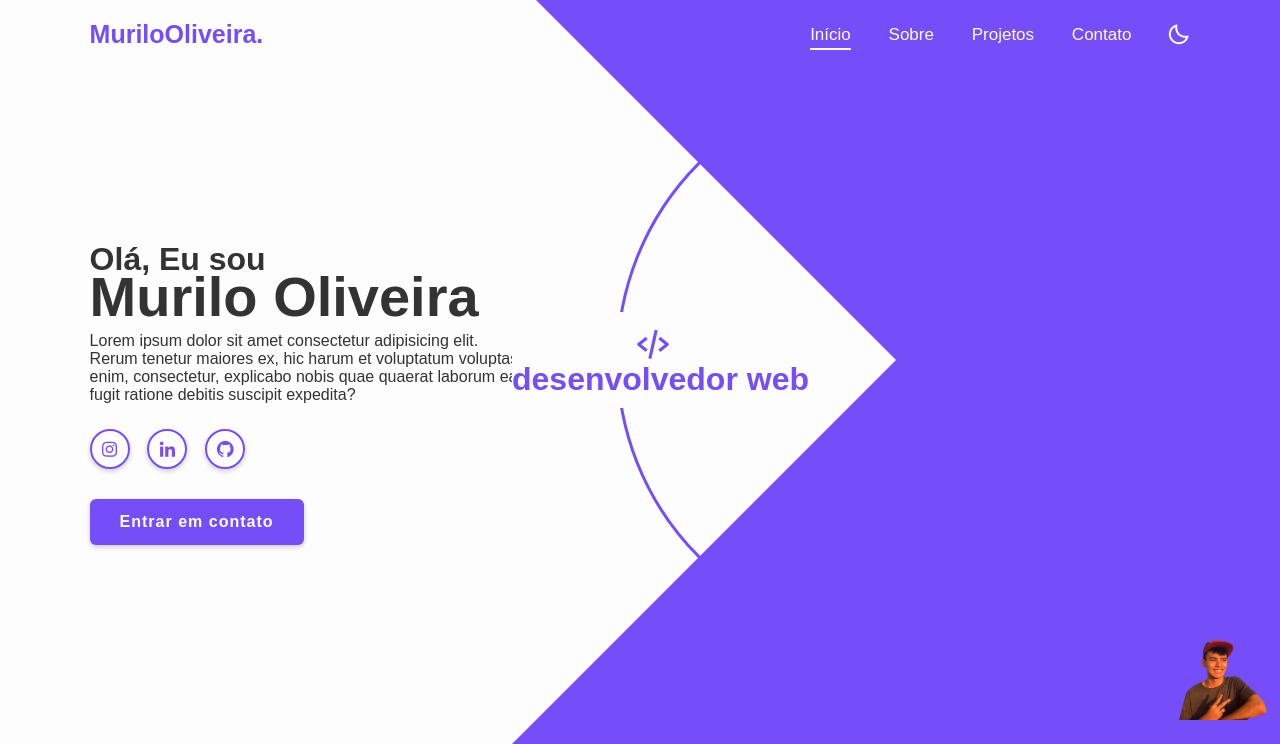
Repository: devMuriloOliveira/Portfolio-
Page: index.html
The author's editor kept a copy of each file at every save. The page is drawn from the files as they stood at one save, then again after the next save.
The browser window is 1280 px wide. The pictures show the whole page.
Some web fonts or font styles are not loaded; a fallback is used.

Above is the page before, as saved 2023-03-11 15:30:20.

### index.html
<!DOCTYPE html>
<html lang="en">
  <head>
    <meta charset="UTF-8" />
    <meta http-equiv="X-UA-Compatible" content="IE=edge" />
    <meta name="viewport" content="width=device-width, initial-scale=1.0" />
    <title>Murilo Oliveira</title>

    <!--box icons-->
    <link
      href="https://unpkg.com/boxicons@2.1.4/css/boxicons.min.css"
      rel="stylesheet"
    />

    <!--font-->
    <link
      rel="stylesheet"
      href="https://fonts.googleapis.com/css2?family=Material+Symbols+Outlined:opsz,wght,FILL,GRAD@20..48,100..700,0..1,-50..200"
    />

    <!--css-->
    <link rel="stylesheet" href="style.css" />
  </head>
  <body>
    <header class="header">
      <a class="logo" href="#">Murilo<span>Oliveira</span>.</a>

      <nav class="navbar">
        <a href="#inicio" class="active">Início</a>
        <a href="#sobre">Sobre</a>
        <a href="#projetos">Projetos</a>
        <a href="#contato">Contato</a>
      </nav>

      <div class="bx bx bx-moon" id="darkMode-icon"></div>
    </header>

    <section class="inicio" id="inicio">
      <div class="inicio-content">
        <h3>Olá, Eu sou</h3>
        <h1>Murilo Oliveira</h1>
        <p>
          Lorem ipsum dolor sit amet consectetur adipisicing elit. Rerum tenetur
          maiores ex, hic harum et voluptatum voluptas enim, consectetur,
          explicabo nobis quae quaerat laborum ea fugit ratione debitis suscipit
          expedita?
        </p>

        <div class="social-media">
          <a href="#"><i class="bx bxl-instagram"></i></a>
          <a href="#"><i class="bx bxl-linkedin"></i></a>
          <a href="#"><i class="bx bxl-github"></i></a>
        </div>

        <a href="#" class="btn">Entrar em contato</a>
      </div>

      <div class="profession-container">
        <div class="profession-box">
          <div class="profession" style="--i: 0">
            <i class="bx bx-code-alt"></i>
            <h3>desenvolvedor web</h3>
          </div>
          <div class="profession" style="--i: 1">
            <i class="bx bx-code-alt"></i>
            <h3>desenvolvedor web</h3>
          </div>
          <div class="profession" style="--i: 2">
            <i class="bx bx-code-alt"></i>
            <h3>desenvolvedor web</h3>
          </div>
          <div class="profession" style="--i: 3">
            <i class="bx bx-code-alt"></i>
            <h3>desenvolvedor web</h3>
          </div>
          <div class="circle"></div>
        </div>

        <div class="overlay"></div>
      </div>

      <div class="inicio-img">
        <img src="assets/homem_sorrindo-removebg-preview.png" alt="" />
      </div>
    </section>
    <script src="js/script.js"></script>
  </body>
</html>

### style.css
*{
  margin: 0;
  padding: 0;
  box-sizing: border-box;
  text-decoration: none;
  border: none;
  outline: none;
  scroll-behavior: smooth;
  font-family: 'Poppins', sans-serif;
}

:root{
  --bg-color: #fdfdfd;
  --text-color: #333;
  --main-color: #754ef9;
  --white-color: #fdfdfd;
  --shadow-color: rgba(0, 0, 0, .2);
}

html{
  font-size: 62.5%;
  overflow-x: hidden;
}

body{
  background: var(--bg-color);
  color: var(--text-color);
}

.header{
  position: fixed;
  top: 0;
  left: 0;
  width: 100%;
  padding: 2rem 7%;
  background: transparent;
  display: flex;
  align-items: center;
  z-index: 100;
}

.logo{
  font-size: 2.5rem;
  color: var(--main-color);
  font-weight: 600;
  cursor: default;
  margin-right: auto;
}

.navbar a{
  position: relative;
  font-size: 1.7rem;
  color: var(--white-color);
  font-weight: 500;
  margin-right: 3.5rem;
}

.navbar a.active::before{
  content: '';
  position: absolute;
  left: 0;
  bottom: -6px;
  width: 100%;
  height: .2rem;
  background: var(--white-color);
}

#darkMode-icon{
  font-size: 2.4rem;
  color: var(--white-color);
  cursor: pointer;
}

section{
  min-height: 100vh;
  padding: 10rem 7% 2rem;
}

.inicio{
  display: flex;
  align-items: center;
}

.inicio .inicio-content{
  max-width: 44rem;
}

.inicio-content h3{
  font-size: 3.2rem;
  font-weight: 700;
  line-height: .3;
}

.inicio-content h1{
  font-size: 5.6rem;
  font-weight: 700;
  margin-bottom: .3rem;
}

.inicio-content p{
  font-size: 1.6rem;
}

.inicio-content .social-media a{
  display: inline-flex;
  justify-content: center;
  align-items: center;
  width: 4rem;
  height: 4rem;
  background: transparent;
  border: .2rem solid var(--main-color);
  border-radius: 50%;
  box-shadow: 0 .2rem .5rem var(--shadow-color);
  font-size: 2rem;
  color: var(--main-color);
  margin: 2.5rem 1.5rem 3rem 0;
  transition: .5s ease;
}

.inicio-content .social-media a:hover{
  background: var(--main-color);
  color: var(--white-color);
}

.btn{
  display: inline-block;
  padding: 1.2rem 2.8rem;
  background: var(--main-color);
  border-radius: .6rem;
  box-shadow: 0 .2rem .5rem var(--shadow-color);
  font-size: 1.6rem;
  color: var(--white-color);
  letter-spacing: .1rem;
  font-weight: 600;
  border: .2rem solid transparent;
  transition: .5s ease;
}

.btn:hover{
  background: transparent;
  color: var(--main-color);
  border-color: var(--main-color);
}

.inicio .profession-container{
  position: absolute;
  top: 50%;
  right: 0;
  transform: translateY(-50%);
  width: 768px;
  height: 768px;

  overflow: hidden;
  pointer-events: none;
}

.inicio .profession-container .profession-box{
  position: absolute;
  top: 0;
  right: 0;
  width: 768px;
  height: 768px;
  border-radius: 50%;
  display: flex;
  justify-content: center;
  align-items: center;
}

.inicio .profession-box .profession{
  position: absolute;
  left: 0;
  display: flex;
  align-items: center;
  flex-direction: column;
  color: var(--main-color);
  transform: rotate(calc(360deg / 4 * var(--i)));
  transform-origin: 384px;
  background: var(--bg-color);
  padding: 13px 0;
}

.inicio .profession-box .profession:nth-child(1) i {
  margin-right: 15px;
}

.inicio .profession-box .profession:nth-child(2),
.inicio .profession-box .profession:nth-child(4) {
  padding-bottom: 20px;
}

.inicio .profession i{
  font-size: 3.8rem;
}

.inicio .profession h3{
  font-size: 3.2rem;
  line-height: 1;
  font-weight: 600;
}

.inicio .profession-box .circle{
  width: 560px;
  height: 560px;

  border: 3px solid var(--main-color);
  border-radius: 50%;
}

.inicio .profession-container .overlay{
  position: absolute;
  top: 0;
  right: 0;
  width: 0;
  height: 0;
  border-top: 384px solid var(--main-color);
  border-right: 384px solid var(--main-color);
  border-bottom: 384px solid var(--main-color);
  border-left: 384px solid transparent;

}

.inicio-img img{
  position: absolute;
  bottom: 0;
  right: 0;
  width: 10%;
  pointer-events: none;
}

Loaded but not shown: js/script.js (no copy from this time; the picture is the same without it)

After the next save:
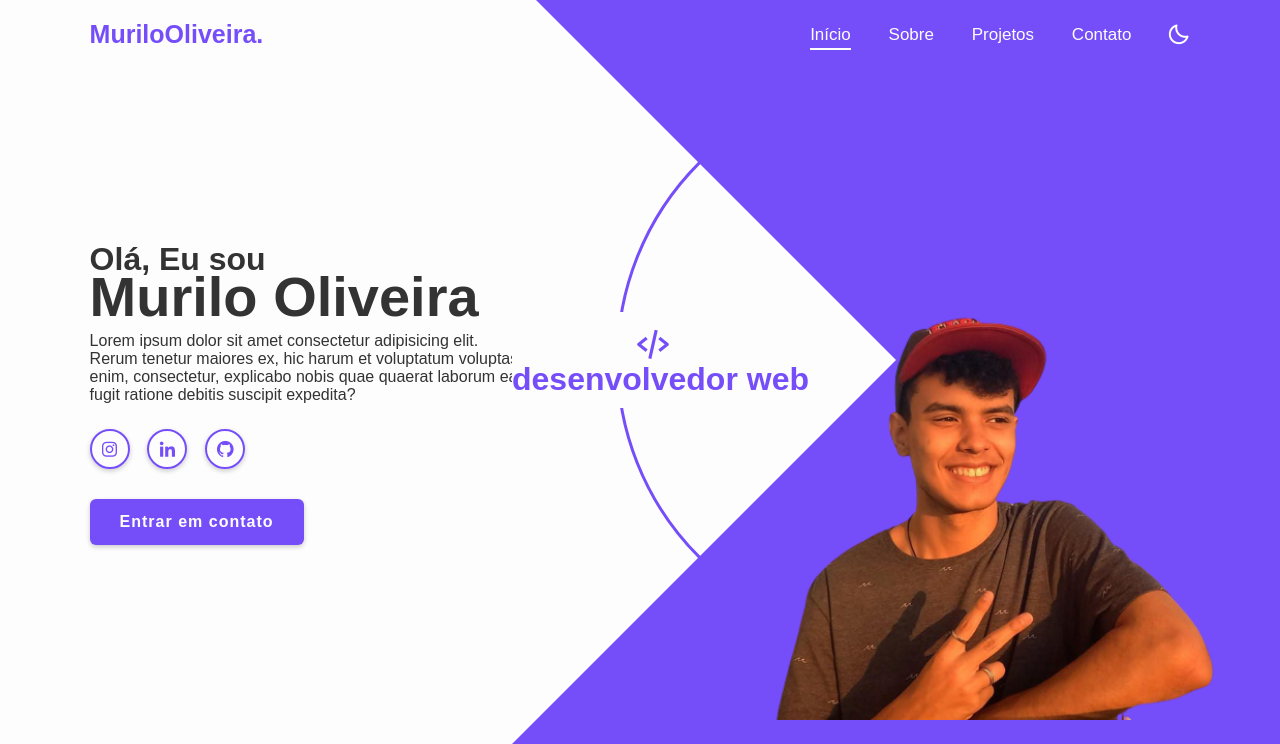
Saved 4 s later.
--- a/style.css
+++ b/style.css
@@ -223,6 +223,6 @@ section{
   position: absolute;
   bottom: 0;
   right: 0;
-  width: 10%;
+  width: 50%;
   pointer-events: none;
 }
